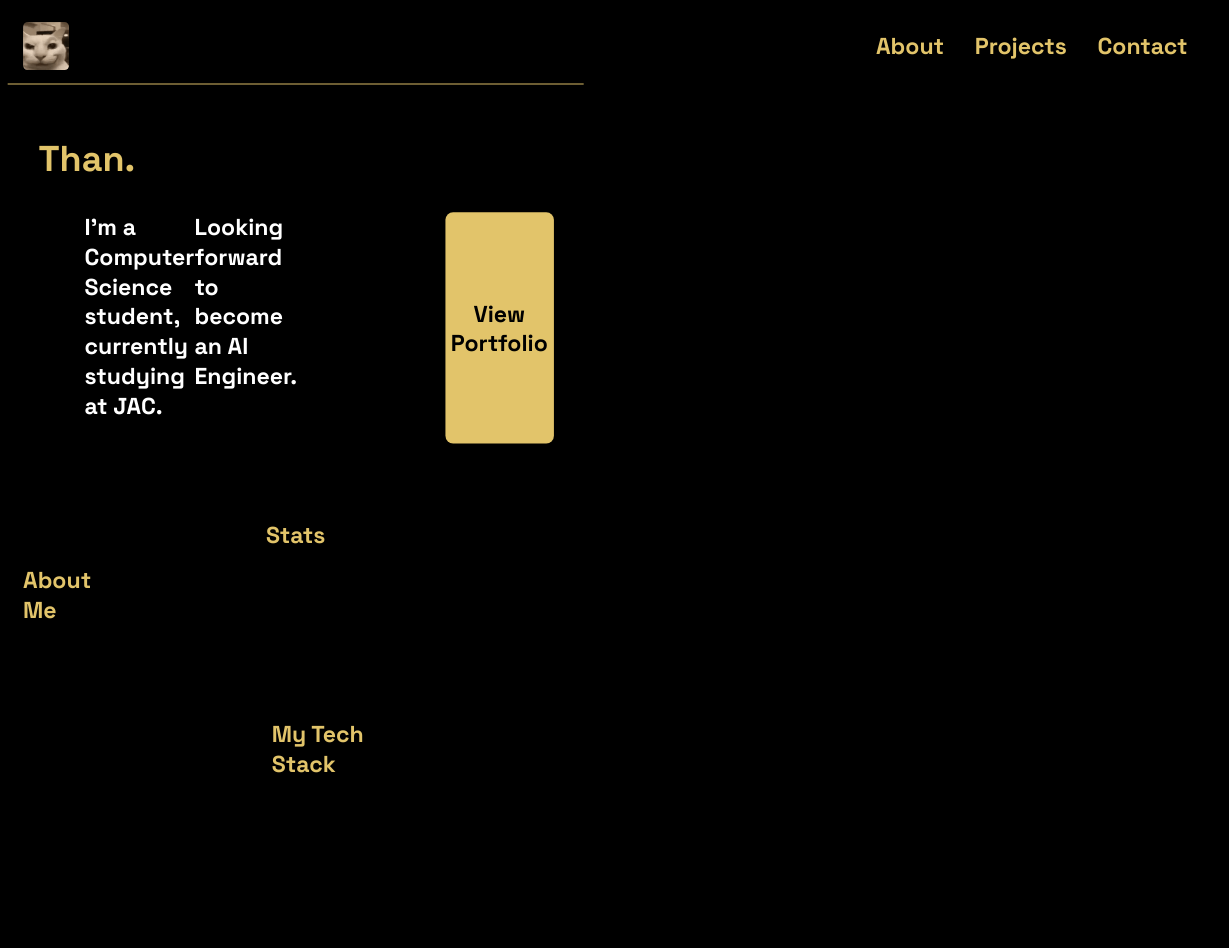
Repository: Than-dot/Than-dot
Page: index.html
These files come from the project's save history. The page is drawn as it stood at one moment and after the next save; the edit follows.
The browser window is 1280 px wide. The pictures show the whole page, at 96% of full size.

Above is the page before, as saved 2026-05-06 12:46:48.

### index.html
<!doctype html>
<html lang="en">
  <head>
    <meta charset="UTF-8" />
    <meta name="viewport" content="width=device-width, initial-scale=1.0" />
    <title>Than</title>
    <link rel="stylesheet" href="styles/global.css" />
    <link rel="stylesheet" href="styles/index.css" />
  </head>

  <body>
    <header>
      <nav>
        <img src="./assets/images/uncanny-cat-freaky.png" alt="cat" />
        <ul class="nav-center">
          <li>About</li>
          <li>Projects</li>
          <li>Contact</li>
        </ul>
      </nav>
    </header>
    <main>
      <section class="container1">
        <article class="f-art"><h1>Than.</h1></article>
        <aside class="f-asi">
          <p>I'm a Computer Science student, currently studying at JAC.</p>
          <p>Looking forward to become an AI Engineer.</p>
          <button>View Portfolio</button>
        </aside>
        <article class="stats">Stats</article>
      </section>
    </main>
    <section class="container2">
      <aside class="s-asi">About Me</aside>
      <article class="s-art">My Tech Stack</article>
    </section>
  </body>
</html>

### styles/global.css
@font-face {
  font-family: Space-Grotesk;
  src: url(/assets/font/Space_Grotesk/SpaceGrotesk-VariableFont_wght.ttf);
}

body {
  font-family: Space-Grotesk, sans-serif;
  font-weight: bold;
  font-size: 1.5rem;
}

button {
  font-family: Space-Grotesk, sans-serif;
  font-weight: bold;
  font-size: 1.5rem;
}

.f-art {
  font-size: 2rem;
}

### styles/index.css
body {
  width: 100%;
  max-width: 600px;
  background-color: black;
  color: #e2c46a;
}
.container1 {
  display: flex;
  flex-direction: column;
}

.f-art {
  margin: 2rem;
  margin-top: 1rem;
}

.f-asi {
  display: grid;
  margin-top: 0;
  justify-content: space-between;
}

p {
  margin: 0;
  margin-bottom: 1.5rem;
  color: white;
}

.stats {
  text-align: center;
}

.s-art {
  margin: 10rem;
}

.s-asi {
}

.container2 {
  display: flex;
  flex-direction: row;
  justify-content: space-between;
  margin: 1rem;
}

button {
  border-radius: 8px;
  border: none;
  max-width: 10rem;
  margin-left: 35%;
  background-color: #e2c46a;
}

img {
  height: 50px;
  width: auto;
  margin-left: 1rem;
  border-radius: 10%;
}

.nav-center {
  display: flex;
  gap: 32px;
  list-style: none;
  margin-left: 10rem;
}

nav {
  align-items: center;
  display: flex;
  border-bottom: 1px solid #e2c46a;
}

h1 {
  margin-bottom: 0;
}

@media screen and (min-width: 700px) {
  body {
    width: 100%;
  }
  .nav-center {
    display: flex;
    gap: 32px;
    list-style: none;
    margin-left: 50rem;
  }
  .f-asi {
    display: grid;
    margin-top: 0;
    justify-content: space-between;
  }
  .f-asi {
    display: flex;
    margin: 5rem;
    margin-top: 0;
    justify-content: space-between;
  }
}

After the next save:
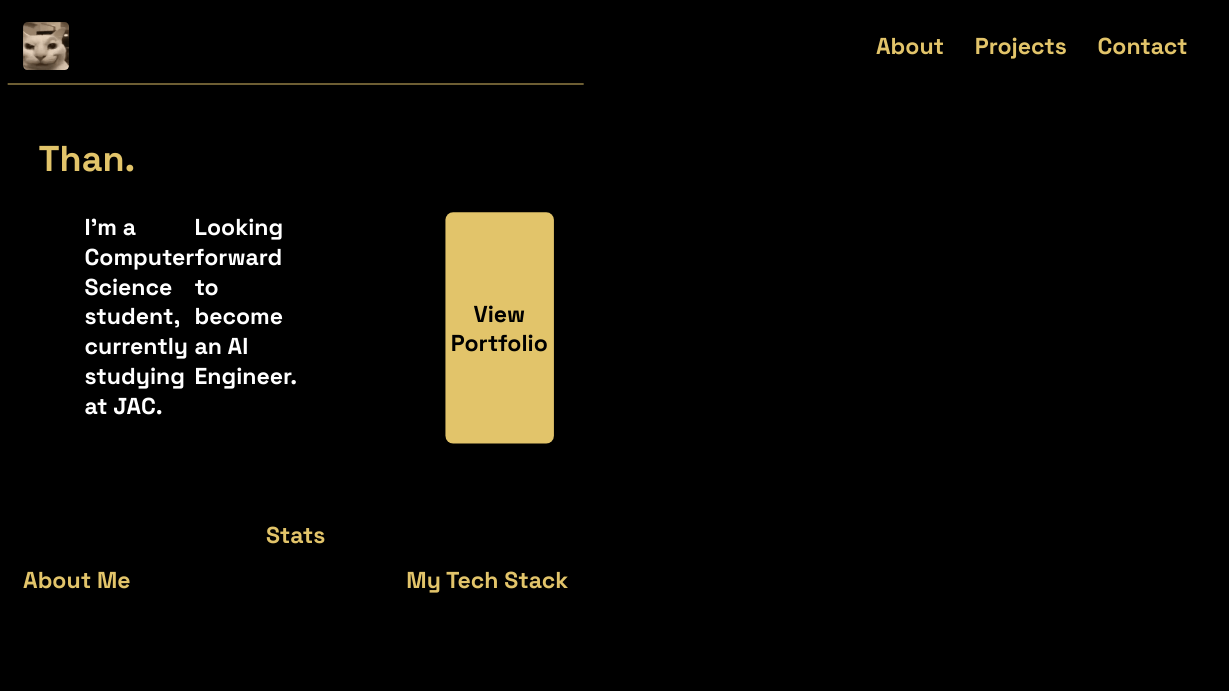
Saved 7 s later.
--- a/styles/index.css
+++ b/styles/index.css
@@ -31,7 +31,7 @@ p {
 }
 
 .s-art {
-  margin: 10rem;
+
 }
 
 .s-asi {
